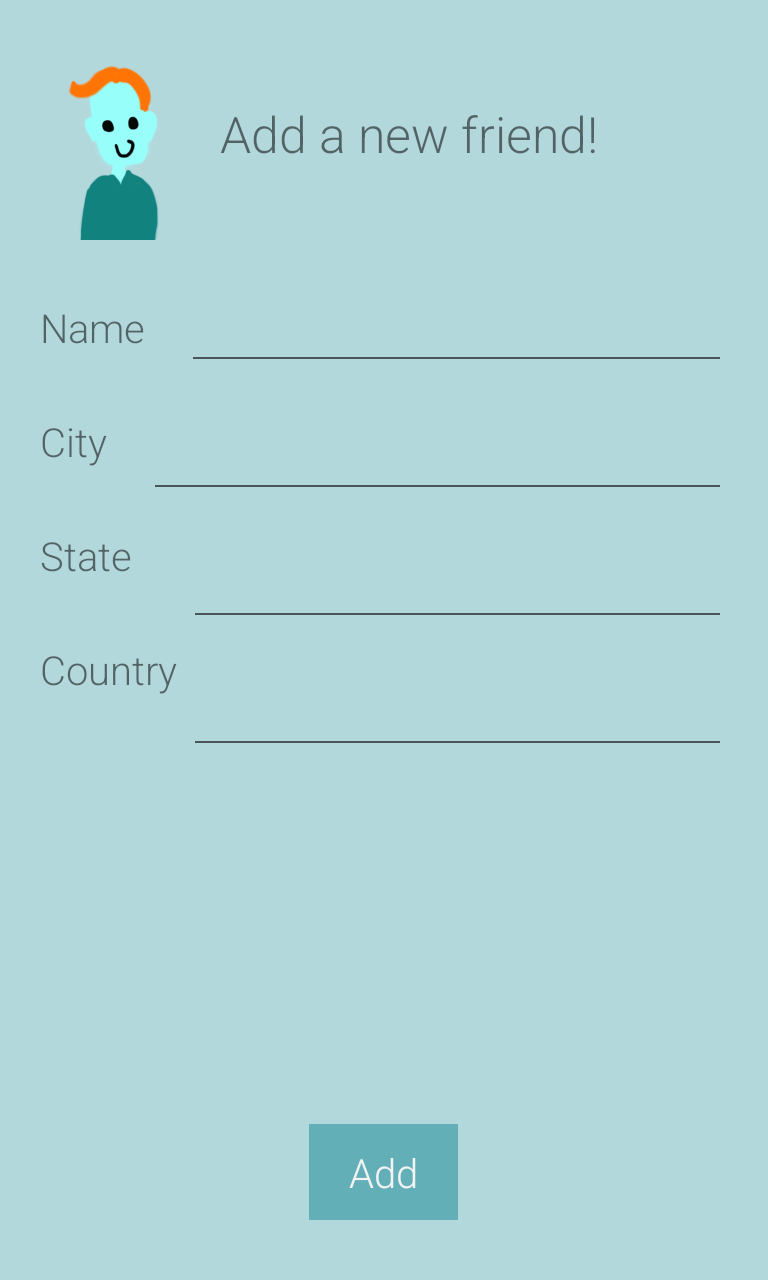
Repository: hinasakazaki/WeatherWithFriends
Layout: WeatherWithFriends/res/layout/add_fragment.xml
These files come from the project's save history. The layout is drawn as it stood at one moment and after the next save; the edit follows.
It is drawn on a 768 x 1280 px phone screen (xhdpi) without system bars, with theme AppTheme; the app's code is not run.

Above is the layout before, as saved 2014-06-10 22:29:47.

After the next save:
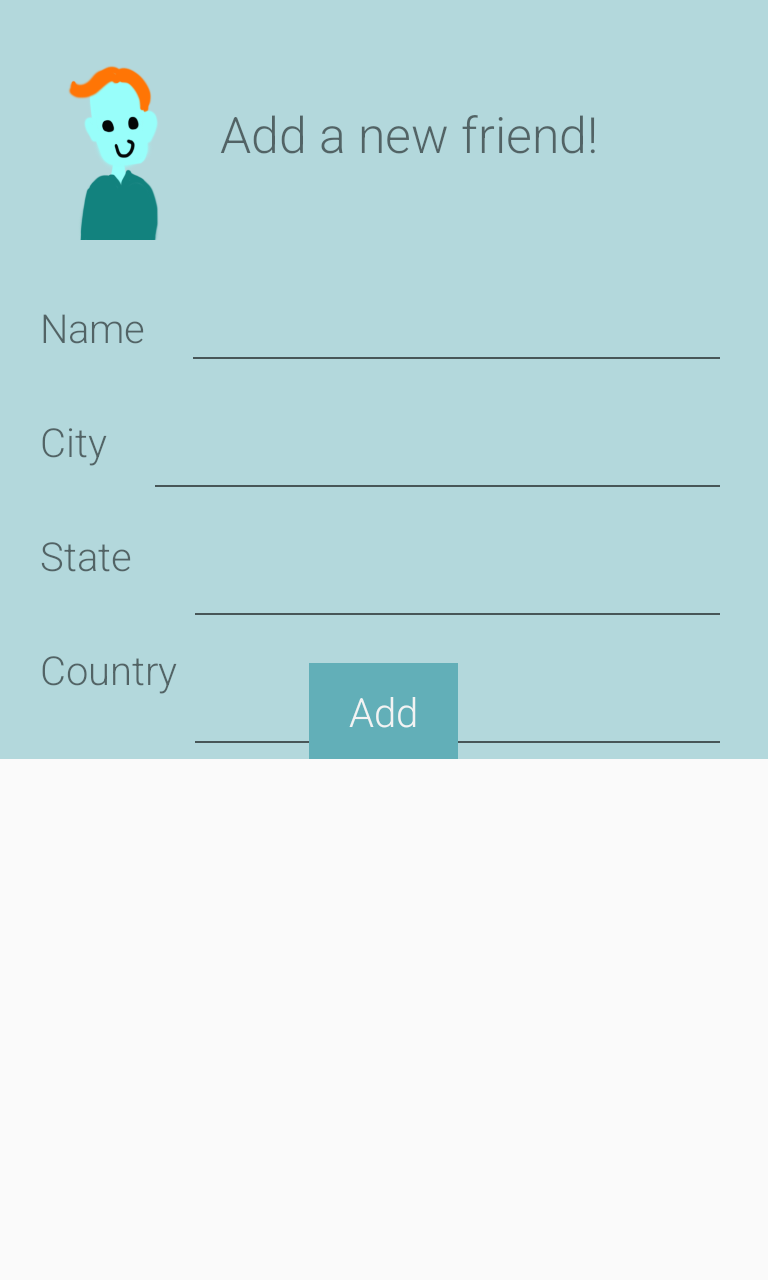
Saved 14 min 58 s later.
--- a/WeatherWithFriends/res/layout/add_fragment.xml
+++ b/WeatherWithFriends/res/layout/add_fragment.xml
@@ -1,4 +1,9 @@
 <?xml version="1.0" encoding="utf-8"?>
+<ScrollView xmlns:android="http://schemas.android.com/apk/res/android"
+    android:layout_width="fill_parent"
+    android:layout_height="fill_parent"
+    >
+
 <RelativeLayout xmlns:android="http://schemas.android.com/apk/res/android"
     android:layout_width="match_parent"
     android:layout_height="match_parent"
@@ -145,3 +150,5 @@
 
 
 </RelativeLayout>
+
+</ScrollView>
